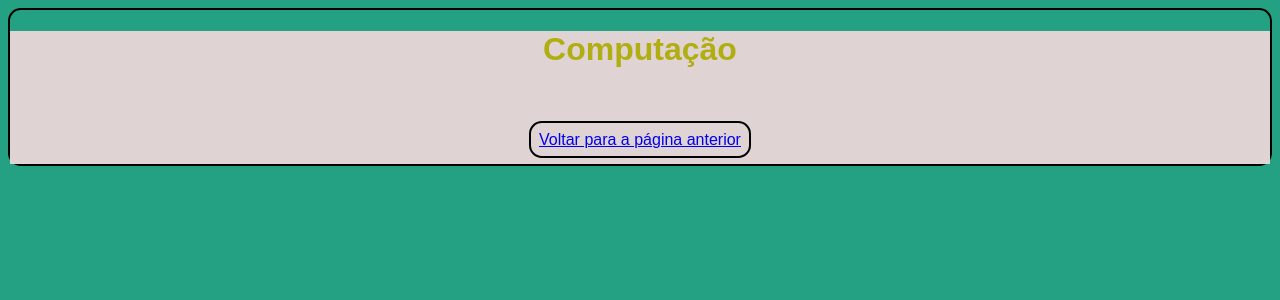
Repository: batmit/FutureFundation.github.io-1
Page: menu/articles/computation/computação.html
An editor plug-in stored every save of this project. The page is shown before and after the next save, followed by the edit.
The browser window is 1280 px wide. The pictures show the whole page.

Above is the page before, as saved 2021-09-23 18:03:16.

After the next save:
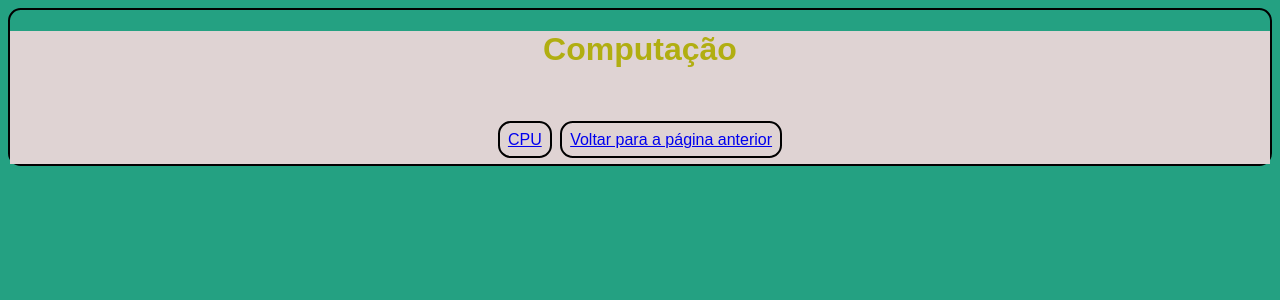
Saved 17 s later.
--- a/menu/articles/computation/computação.html
+++ b/menu/articles/computation/computação.html
@@ -12,7 +12,7 @@
         <header>
             <h1>Computação</h1>
         </header>
-
+        <a href="./cpu.html">CPU</a>
 
 
         <a href="/menu/articles/articles.html">Voltar para a página anterior</a>
